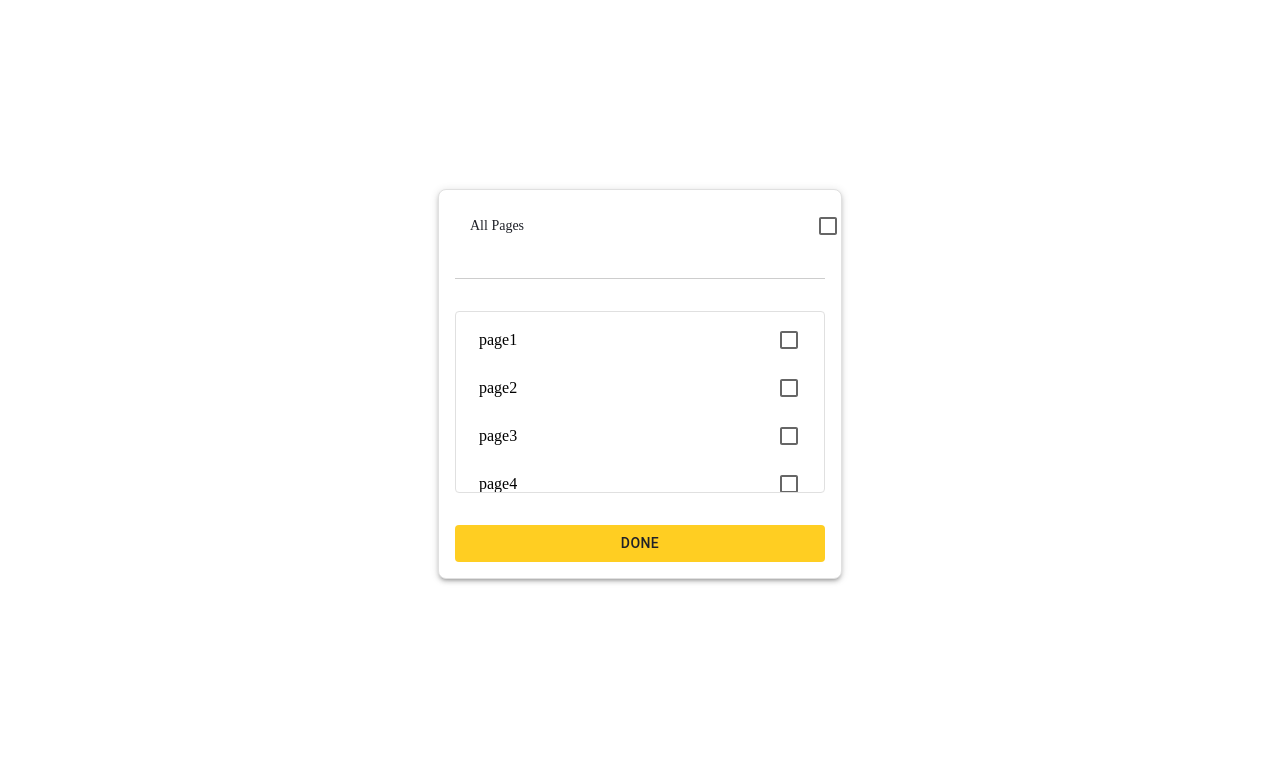
Repository: Tabishhaider72/Ellty-Test
Page: /
The author's editor kept a copy of each file at every save. The page is drawn from the files as they stood at one save, then again after the next save.
The browser window is 1280 px wide. The pictures show the whole page.
The project was rebuilt for these pictures with package versions that can differ from the ones it lists, and the page was loaded fresh each time. Also part of the build but not shown: vite.config.js, src/index.css.

Above is the page before, as saved 2024-08-28 15:40:10.

After the next save:
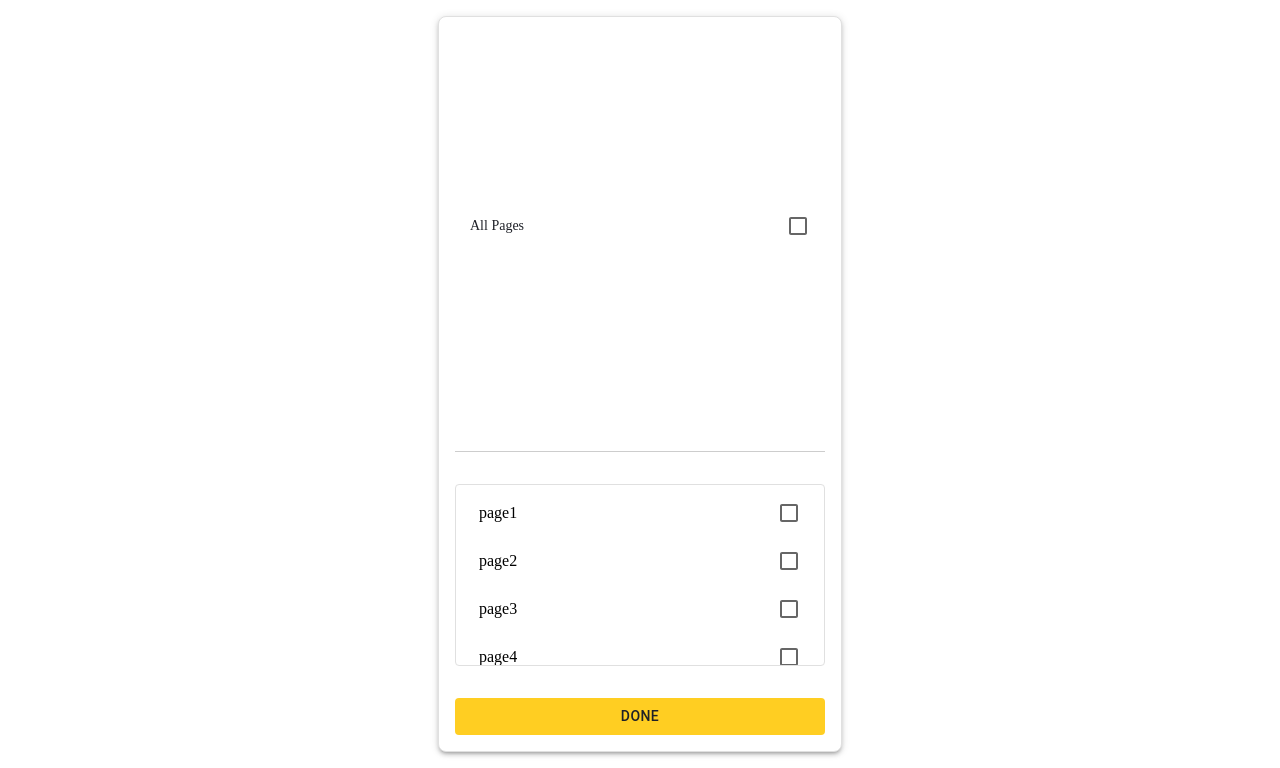
Saved 16 s later.
--- a/src/App.jsx
+++ b/src/App.jsx
@@ -58,7 +58,7 @@
         <Box
           sx={{
             display: 'flex',
-            width: 370,
+            height: 370,
             justifyContent: 'space-between',
             alignItems: 'center',
             fontFamily: 'Montserrat',

After the save that followed:
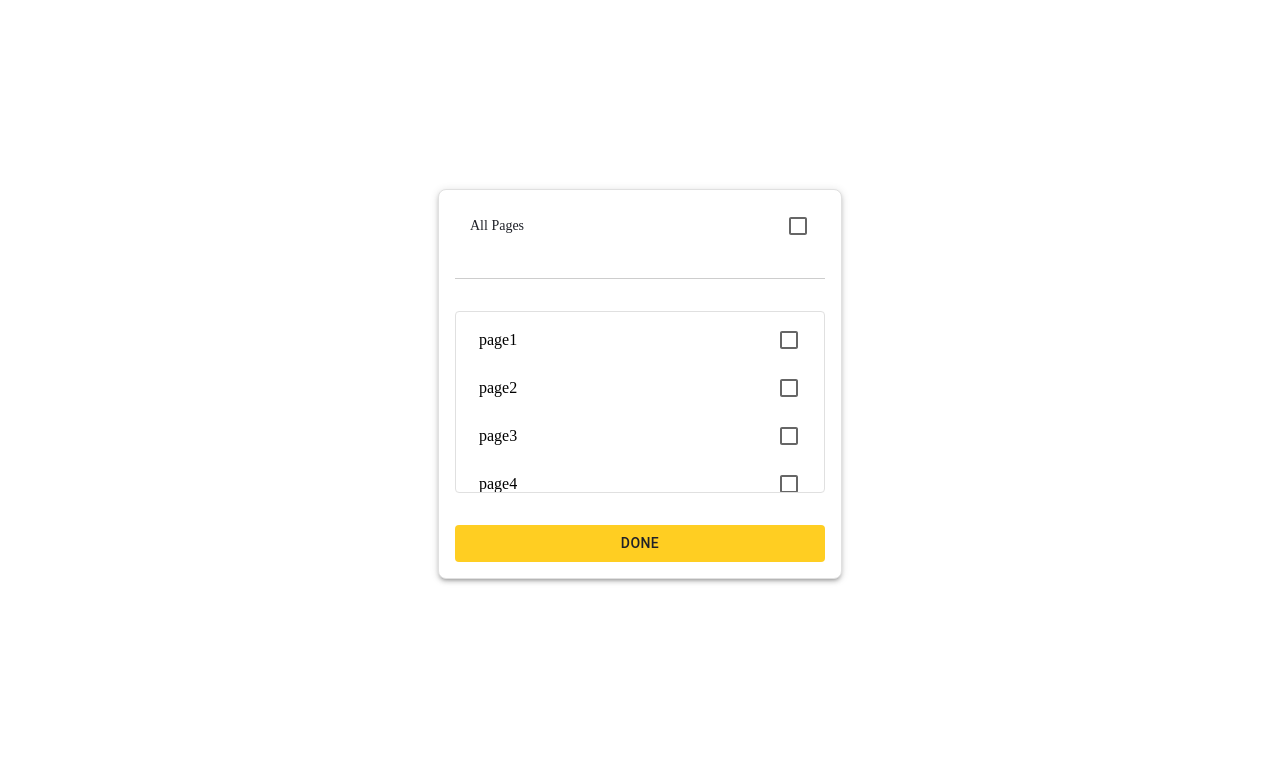
Saved 13 s later.
--- a/src/App.jsx
+++ b/src/App.jsx
@@ -58,7 +58,6 @@
         <Box
           sx={{
             display: 'flex',
-            height: 370,
             justifyContent: 'space-between',
             alignItems: 'center',
             fontFamily: 'Montserrat',
